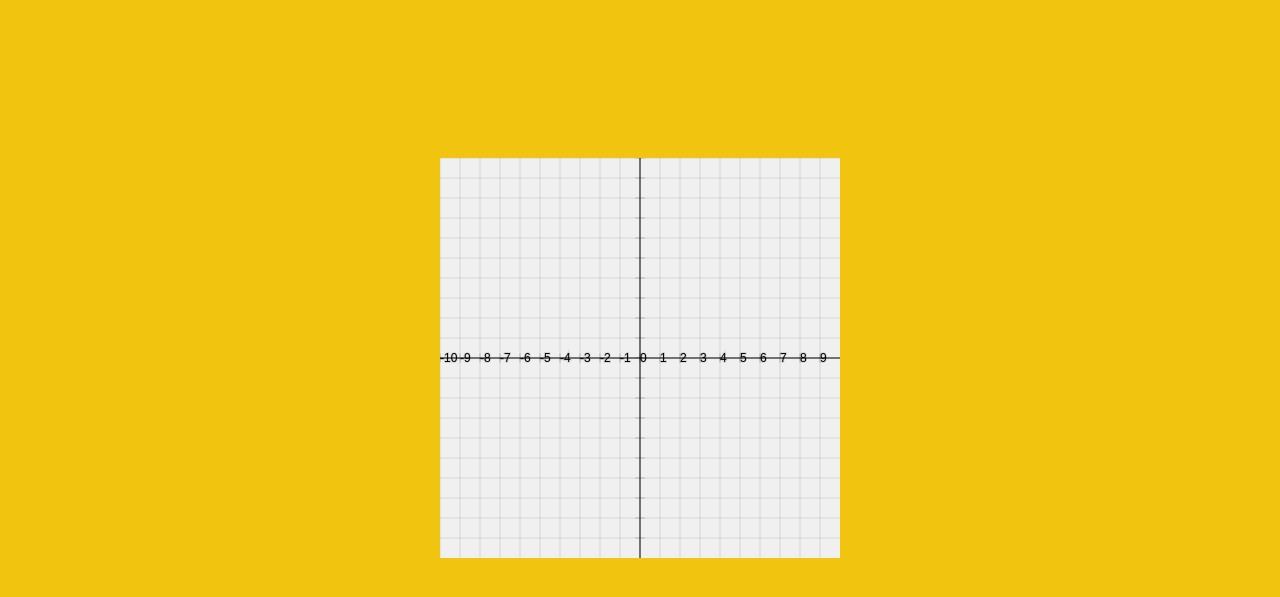
Repository: animarcus/graphing-app
Page: index.html
An editor plug-in stored every save of this project. The page is shown before and after a run of saves, followed by the edit.
The browser window is 1280 px wide. The pictures show the whole page.
Some web libraries are served in a nearby version.

Above is the page before, as saved 2020-09-26 19:41:02.

After the next 2 saves:
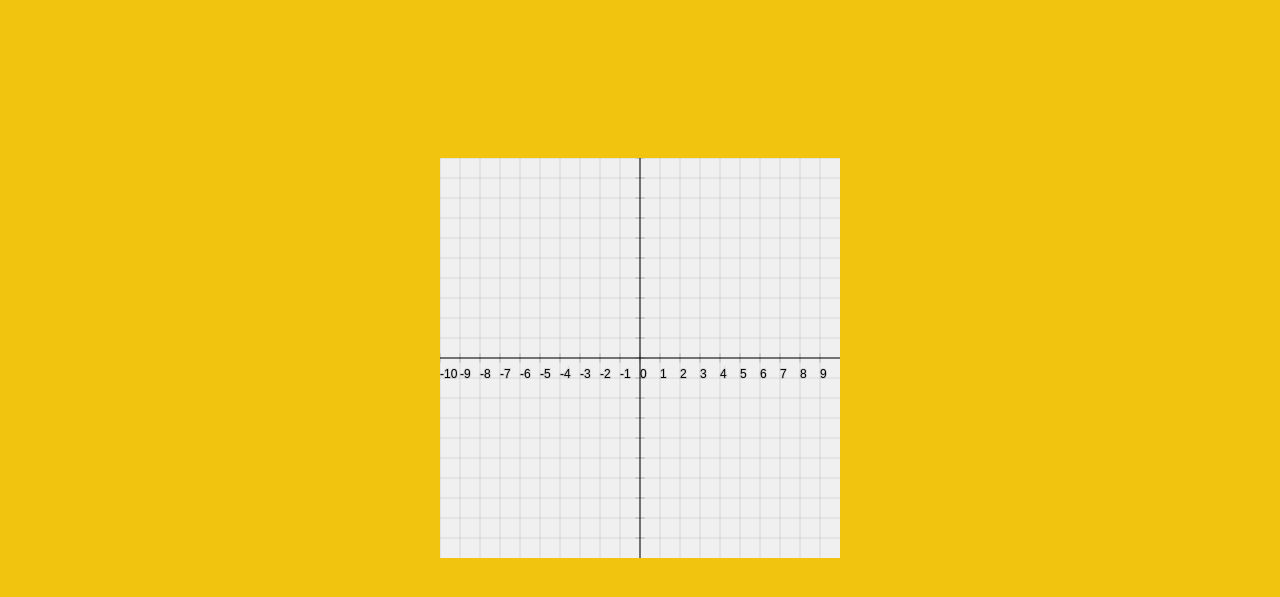
The 2 saves are shown as one change because they came seconds apart.
The last was saved 9 s later.
--- a/js/sketch.js
+++ b/js/sketch.js
@@ -21,7 +21,7 @@ function setup() {
     line(x, -canvasH/2, x, canvasH/2);
     strokeWeight(2);
     line(x, -cellW/5, x, cellW/5);
-    text(currentX, x, cellW/5);
+    text(currentX, x, cellW);
   }
   for (let y = -canvasH/2; y < canvasH/2; y += cellW) {
     strokeWeight(1);
